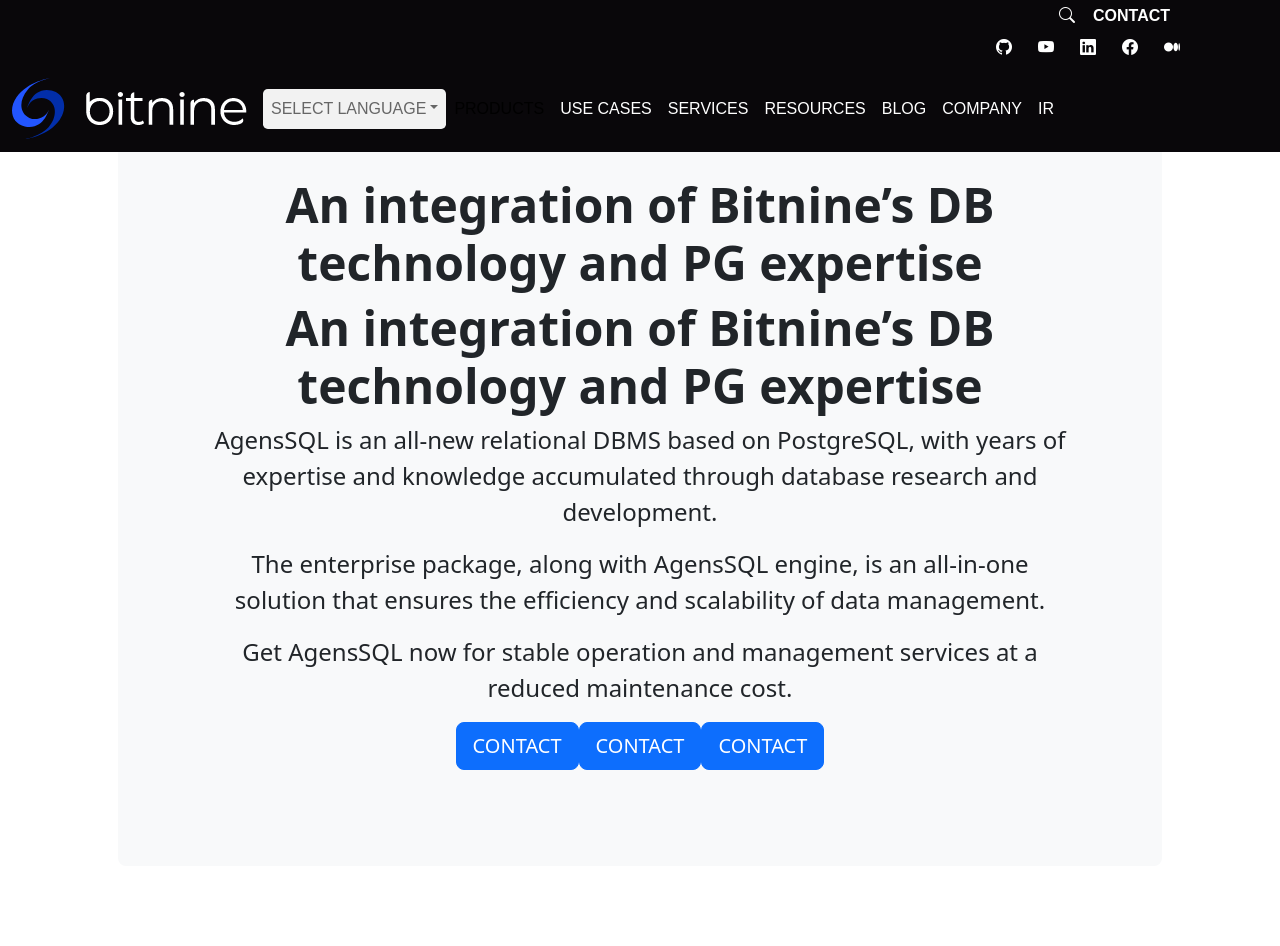
Repository: devblackie/signinpage
Page: /
An editor plug-in stored every save of this project. The page is shown before and after the next save, followed by the edit.
The browser window is 1280 px wide. The pictures show the whole page.
Some web fonts or font styles are not loaded; a fallback is used. The project was rebuilt for these pictures with package versions that can differ from the ones it lists, and the page was loaded fresh each time. Also part of the build but not shown: vite.config.js, src/components/Signup.jsx, src/components/Login.jsx, src/components/Dashboard.jsx, src/components/ProtectedDashboard.jsx.

Above is the page before, as saved 2023-08-28 13:45:05.

### index.html
<!doctype html>
<html lang="en">
  <head>
    <meta charset="UTF-8" />
    <link rel="preconnect" href="https://fonts.googleapis.com">
<link rel="preconnect" href="https://fonts.gstatic.com" crossorigin>
<link href="https://fonts.googleapis.com/css2?family=Monda:wght@400;700&display=swap" rel="stylesheet">
    <link rel="stylesheet" href="https://cdn.jsdelivr.net/npm/bootstrap-icons@1.10.5/font/bootstrap-icons.css">
    <link href="https://cdn.jsdelivr.net/npm/bootstrap@5.3.1/dist/css/bootstrap.min.css" rel="stylesheet" integrity="sha384-4bw+/aepP/YC94hEpVNVgiZdgIC5+VKNBQNGCHeKRQN+PtmoHDEXuppvnDJzQIu9" crossorigin="anonymous">
    <meta name="viewport" content="width=device-width, initial-scale=1.0" />
    <title>Bitnine Login</title>
  </head>
  <body>
    <div id="root"></div>
    <script type="module" src="/src/main.jsx"></script>
    <script src="https://cdn.jsdelivr.net/npm/bootstrap@5.3.1/dist/js/bootstrap.bundle.min.js" integrity="sha384-HwwvtgBNo3bZJJLYd8oVXjrBZt8cqVSpeBNS5n7C8IVInixGAoxmnlMuBnhbgrkm" crossorigin="anonymous"></script>
  </body>
</html>

### src/App.jsx
import React, { useState } from "react";
import { BrowserRouter as Router, Route, Routes } from "react-router-dom";
import Signup from "./components/Signup";
import Login from "./components/Login";
import Dashboard from "./components/Dashboard";
import Home from "./components/Home";
import ProtectedDashboard from "./components/ProtectedDashboard";
import "./App.css";

const App = () => {
  const [isAuthenticated, setIsAuthenticated] = useState(false);

  const handleLogin = () => {
    setIsAuthenticated(true);
  };

  return (
    <Router>
      <Routes>
        <Route
          path="/dbo"
          element={
            <div>
              <Signup handleLogin={handleLogin} />
              {/* <Login handleLogin={handleLogin} /> */}
            </div>
          }
        />
        <Route
          path="/dashboard"
          // element={<ProtectedDashboard isAuthenticated={isAuthenticated} />}
          element={<Dashboard />}
        />
        <Route
          path="/"
          // element={<ProtectedDashboard isAuthenticated={isAuthenticated} />}
          element={<Home />}
        />
      </Routes>
    </Router>
  );
};

export default App;

### src/components/Home.jsx
import React from "react";
import Header from "./Header";

export default function Home() {
  return (
    <>
      <Header />
      <header className="py-5">
        <div className="container px-lg-5">
          <div className="p-4 p-lg-5 bg-light rounded-3 text-center">
            <div className="m-4 m-lg-5">
              <h1 className="display-5 fw-bold"></h1>
              <h1 className="display-5 fw-bold">
                An integration of Bitnine’s DB technology and PG expertise
              </h1>
              <h2 className="display-5 fw-bold">
                An integration of Bitnine’s DB technology and PG expertise
              </h2>
              <p className="fs-4">
                AgensSQL is an all-new relational DBMS based on PostgreSQL, with
                years of expertise and knowledge accumulated through database
                research and development.
              </p>
              <p className="fs-4">
                The enterprise package, along with AgensSQL engine, is an
                all-in-one solution that ensures the efficiency and scalability
                of data management.
              </p>
              <p className="fs-4">
                Get AgensSQL now for stable operation and management services at
                a reduced maintenance cost.
              </p>
              <a href="" className="btn btn-primary btn-lg">
                CONTACT
              </a>
              <a href="" className="btn btn-primary btn-lg">
                CONTACT
              </a>
              <a href="" className="btn btn-primary btn-lg">
                CONTACT
              </a>
            </div>
          </div>
        </div>
      </header>
    </>
  );
}

### src/App.css
#root {
  max-width: 1280px;
  margin: 0 auto;
  padding: 2rem;
  text-align: center;
}
.btn1{background-color:#022ea9;
  color:#fff;
  outline:none;
  border:none;}
  .btn1:hover{
    color:orange;
    background-color:#022ea9;
  }


@media (prefers-reduced-motion: no-preference) {
  a:nth-of-type(2) .logo {
    animation: logo-spin infinite 20s linear;
  }
}

.card {
  padding: 2em;
}

.read-the-docs {
  color: #888;
}

### src/components/signup.css
form .error {
  color: red;
  font-size: 12px;
}
.form-container {
  background-image: url("../assets/map2.png");
  background-size: cover;
  background-repeat: no-repeat;
  font-family: "Monda", sans-serif;
  margin-top: 6em;
}
form {
  background-color: #f2f2f2;
  max-width: 300px;
  margin: 0 auto;
  padding: 20px;
  border: 1px solid #ccc;
  border-radius: 5px;
  box-shadow: 0 2px 4px rgba(0, 0, 0, 0.1);
}
form input {
  margin-bottom: 10px;
  padding: 8px;
  border: none;
  border-bottom: 1px solid #09070a;
  /* border-radius: 3px; */
  background-color: transparent;
}
input:focus,
input:focus-visible {
  outline: none;
  background-color: inherit;
}
form button {
  background-color: #022ea9;
  color: #fff;
  outline: none;
  border: none;
  border-radius: 8px;
  padding: 6px;
}
button:hover {
  color: orange;
  background-color: #022ea9;
}

### src/components/Header.jsx
import React from "react";
import "./style/navbar.css";
import Logo from "../assets/bitnine-logo_.png";

export default function Header() {
  return (
    <>
      <div className="fixed-top header">
        <header class="topbar">
          <div class="container">
            <div class="row">
              {/* <!-- social icon--> */}
              <div class="col-sm-12">
                <ul class="social-network">
                  <div className="hovver">
                    <li>
                      <a class="waves-effect waves-dark" id="hovver" href="#">
                        <i class="bi bi-search"></i>
                      </a>
                    </li>
                    <li>
                      <a
                        class="waves-effect waves-dark tact"
                        id="hovver"
                        href="#"
                      >
                        contact
                      </a>
                    </li>
                  </div>

                  <li>
                    <a class="waves-effect waves-dark" href="#">
                      <i class="bi bi-github"></i>
                    </a>
                  </li>
                  <li>
                    <a class="waves-effect waves-dark" href="#">
                      <i class="bi bi-youtube"></i>
                    </a>
                  </li>
                  <li>
                    <a class="waves-effect waves-dark" href="#">
                      <i class="bi bi-linkedin"></i>
                    </a>
                  </li>
                  <li>
                    <a class="waves-effect waves-dark" href="#">
                      <i class="bi bi-facebook"></i>
                    </a>
                  </li>
                  <li>
                    <a class="waves-effect waves-dark" href="#">
                      <i class="bi bi-medium"></i>
                    </a>
                  </li>
                </ul>
              </div>
            </div>
          </div>
        </header>
        <nav className="navbar navbar-expand-lg">
          <div className="container-fluid">
            <a className="navbar-brand" href="#">
              <img src={`${Logo}`} alt="logo" />
            </a>

            <div
              className="collapse navbar-collapse"
              id="navbarSupportedContent"
            >
              <ul className="navbar-nav me-auto mb-2 mb-lg-0">
                <li className="nav-item dropdown">
                  <a
                    className="nav-link dropdown-toggle color-tertiary"
                    href="#"
                    role="button"
                    data-bs-toggle="dropdown"
                    aria-expanded="false"
                  >
                    Select Language
                  </a>
                  <ul className="dropdown-menu">
                    <li>
                      <a className="dropdown-item" href="#">
                        English
                      </a>
                    </li>
                    <li>
                      <a className="dropdown-item" href="#">
                        한국
                      </a>
                    </li>
                  </ul>
                </li>
                <li className="nav-item">
                  <a className="nav-link active" aria-current="page" href="#">
                    products
                  </a>
                </li>
                <li className="nav-item">
                  <a className="nav-link" href="#">
                    use cases
                  </a>
                </li>
                <li className="nav-item">
                  <a className="nav-link" href="#">
                    services
                  </a>
                </li>
                <li className="nav-item">
                  <a className="nav-link" href="#">
                    resources
                  </a>
                </li>
                <li className="nav-item">
                  <a className="nav-link" href="#">
                    blog
                  </a>
                </li>
                <li className="nav-item">
                  <a className="nav-link" href="#">
                    company
                  </a>
                </li>
                <li className="nav-item">
                  <a className="nav-link" href="#">
                    ir
                  </a>
                </li>
              </ul>
              <button
                className="navbar-toggler btn-sm btn-outline-primary"
                type="button"
                data-bs-toggle="collapse"
                data-bs-target="#navbarSupportedContent"
                aria-controls="navbarSupportedContent"
                aria-expanded="false"
                aria-label="Toggle navigation"
              >
                <span className="navbar-toggler-icon">TRY FREE</span>
              </button>
            </div>
          </div>
        </nav>
      </div>
    </>
  );
}

### src/components/style/navbar.css
.header {
  background-color: #09070a;
  font-family: "Monda", sans-serif;
}
.nav-item .nav-link {
  color: #fff;
  text-transform: uppercase;
}
.nav-item .active {
  color: #d4c433;
}
.dropdown {
  background-color: #f2f2f2;
  border-radius: 0.3rem;
  .nav-link {
    color: #666666;
  }
}
.topbar {
  padding: 0;
}

.topbar .container .row {
  margin: -7px;
  padding: 0;
}

.topbar .container .row .col-md-12 {
  padding: 0;
}

.topbar p {
  margin: 0;
  display: inline-block;
  font-size: 13px;
  color: #f1f6ff;
}

.topbar p > i {
  margin-right: 5px;
}
.topbar p:last-child {
  text-align: right;
}

header .navbar {
  margin-bottom: 0;
}

.topbar li.topbar {
  display: inline;
  padding-right: 18px;
  line-height: 52px;
  transition: all 0.3s linear;
}

.topbar li.topbar:hover {
  color: #1bbde8;
}

.topbar ul.info i {
  color: #131313;
  font-style: normal;
  margin-right: 8px;
  display: inline-block;
  position: relative;
  top: 4px;
}

.topbar ul.info li {
  float: right;
  padding-left: 30px;
  color: #ffffff;
  font-size: 13px;
  line-height: 44px;
}

.topbar ul.info i span {
  color: #aaa;
  font-size: 13px;
  font-weight: 400;
  line-height: 50px;
  padding-left: 18px;
}

ul.social-network {
  border: none;
  margin: 0;
  padding: 0;
}

ul.social-network li {
  border: none;
  margin: 0;
}
ul.social-network li a {
  text-decoration: none;
  text-transform: uppercase;
}
ul.social-network li a#hovver:hover {
  color: #666666;
  font-weight: 700;
  font-family: "Monda", sans-serif;
}
ul.social-network li a.tact {
  /* color:red; */
  font-weight: 700;
  font-family: "Monda", sans-serif;
  margin-right: 2rem;
  padding-right: 2rem;
}
ul.social-network li i {
  margin: 0;
}

ul.social-network li {
  display: inline;
  margin: 0 5px;
  border: 0px solid #2d2d2d;
  padding: 5px 0 0;
  width: 32px;
  display: inline-block;
  text-align: center;
  height: 32px;
  vertical-align: baseline;
  color: #000;
}

ul.social-network {
  list-style: none;
  margin: 5px 0 10px -25px;
  float: right;
}

.waves-effect {
  position: relative;
  cursor: pointer;
  display: inline-block;
  overflow: hidden;
  -webkit-user-select: none;
  -moz-user-select: none;
  -ms-user-select: none;
  user-select: none;
  -webkit-tap-highlight-color: transparent;
  vertical-align: middle;
  z-index: 1;
  will-change: opacity, transform;
  transition: 0.3s ease-out;
  color: #fff;
}

Loaded but not shown: src/main.jsx (common file)

After the next save:
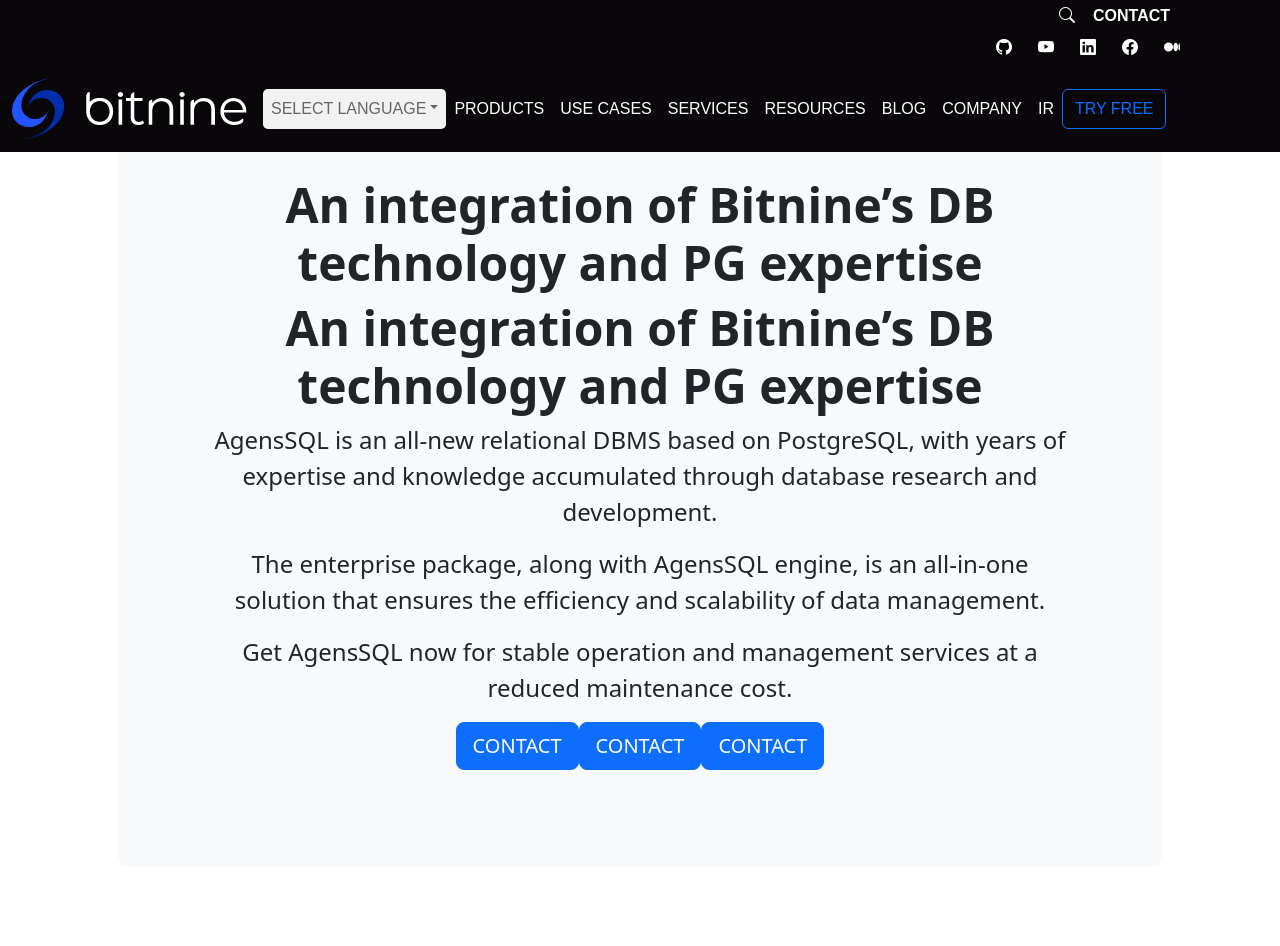
Saved 4 min 4 s later.
--- a/src/components/Header.jsx
+++ b/src/components/Header.jsx
@@ -28,32 +28,34 @@
                       </a>
                     </li>
                   </div>
+                  <div className="soc">
 
-                  <li>
-                    <a class="waves-effect waves-dark" href="#">
-                      <i class="bi bi-github"></i>
-                    </a>
-                  </li>
-                  <li>
-                    <a class="waves-effect waves-dark" href="#">
-                      <i class="bi bi-youtube"></i>
-                    </a>
-                  </li>
-                  <li>
-                    <a class="waves-effect waves-dark" href="#">
-                      <i class="bi bi-linkedin"></i>
-                    </a>
-                  </li>
-                  <li>
-                    <a class="waves-effect waves-dark" href="#">
-                      <i class="bi bi-facebook"></i>
-                    </a>
-                  </li>
-                  <li>
-                    <a class="waves-effect waves-dark" href="#">
-                      <i class="bi bi-medium"></i>
-                    </a>
-                  </li>
+                    <li id="git">
+                      <a class="waves-effect waves-dark" href="#">
+                        <i class="bi bi-github"></i>
+                      </a>
+                    </li>
+                    <li id="youtube">
+                      <a class="waves-effect waves-dark" href="#">
+                        <i class="bi bi-youtube"></i>
+                      </a>
+                    </li>
+                    <li id="in">
+                      <a class="waves-effect waves-dark" href="#">
+                        <i class="bi bi-linkedin"></i>
+                      </a>
+                    </li>
+                    <li id="fb">
+                      <a class="waves-effect waves-dark" href="#">
+                        <i class="bi bi-facebook"></i>
+                      </a>
+                    </li>
+                    <li id="medium">
+                      <a class="waves-effect waves-dark" href="#">
+                        <i class="bi bi-medium"></i>
+                      </a>
+                    </li>
+                  </div>
                 </ul>
               </div>
             </div>
@@ -94,7 +96,7 @@
                   </ul>
                 </li>
                 <li className="nav-item">
-                  <a className="nav-link active" aria-current="page" href="#">
+                  <a className="nav-link" href="#">
                     products
                   </a>
                 </li>
@@ -128,18 +130,11 @@
                     ir
                   </a>
                 </li>
+
+                <button class="btn btn-outline-primary" type="submit">
+                  TRY FREE
+                </button>
               </ul>
-              <button
-                className="navbar-toggler btn-sm btn-outline-primary"
-                type="button"
-                data-bs-toggle="collapse"
-                data-bs-target="#navbarSupportedContent"
-                aria-controls="navbarSupportedContent"
-                aria-expanded="false"
-                aria-label="Toggle navigation"
-              >
-                <span className="navbar-toggler-icon">TRY FREE</span>
-              </button>
             </div>
           </div>
         </nav>
